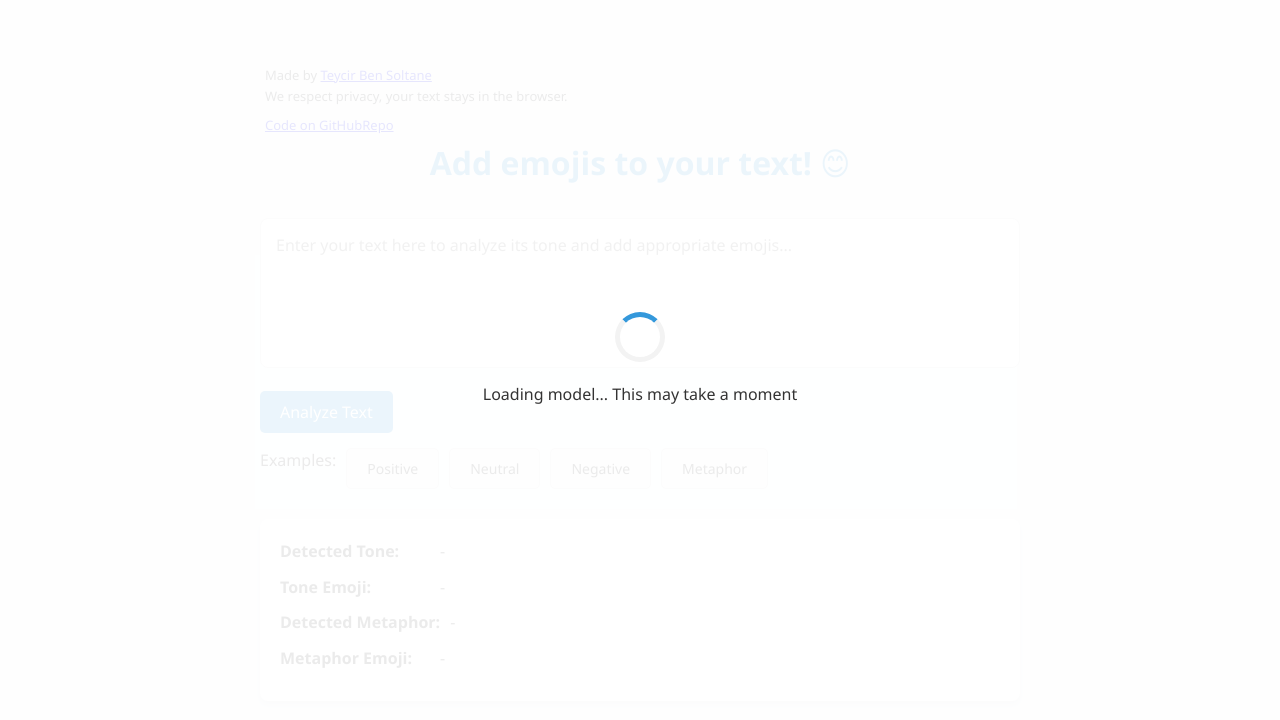
Repository: Teycir/emojiadder
Page: index.html
These files come from the project's save history. The page is drawn as it stood at one moment and after the next save; the edit follows.
The browser window is 1280 px wide. The pictures show the window.
A layer covers the whole window, so only the first screen is drawn.

Above is the page before, as saved 2025-03-23 12:14:28.

### index.html
<!DOCTYPE html>
<html lang="en">

<head>
    <meta charset="UTF-8">
    <meta name="viewport" content="width=device-width, initial-scale=1.0">
    <title>Text Tone Detector</title>
    <link rel="stylesheet" href="styles.css">
</head>

<body>
    <div class="container">
        <div style="top: 10px; left: 10px; font-size: small; margin: 5px;">
            Made by <a href="https://www.teycirbensoltane.tn">Teycir Ben Soltane</a><br>
            We respect privacy, your text stays in the browser.
        </div>
        <a href="https://github.com/Teycir/emojiadder" style="top: 10px; right: 10px; font-size: small; margin: 5px;">
            Code on GitHubRepo
        </a>
        <h1>Add emojis to your text! 😊</h1>


        <div class="input-section">
            <textarea id="text-input"
                placeholder="Enter your text here to analyze its tone and add appropriate emojis..."></textarea>
            <button id="analyze-btn">Analyze Text</button>
            <div class="examples">
                <p>Examples:</p>
                <button class="example-btn"
                    data-text="I'm so happy with the results! This is amazing.">Positive</button>
                <button class="example-btn" data-text="This is just okay, nothing special.">Neutral</button>
                <button class="example-btn" data-text="I'm really disappointed with this service.">Negative</button>
                <button class="example-btn"
                    data-text="The journey to success is like climbing a mountain.">Metaphor</button>
            </div>
        </div>

        <div class="result-section">
            <div class="result-card">
                <div class="result-item">
                    <div class="label">Detected Tone:</div>
                    <div id="tone-result" class="value">-</div>
                </div>
                <div class="result-item">
                    <div class="label">Tone Emoji:</div>
                    <div id="tone-emoji" class="value">-</div>
                </div>
                <div class="result-item">
                    <div class="label">Detected Metaphor:</div>
                    <div id="metaphor-result" class="value">-</div>
                </div>
                <div class="result-item">
                    <div class="label">Metaphor Emoji:</div>
                    <div id="metaphor-emoji" class="value">-</div>
                </div>
            </div>
            <div class="enhanced-text-card">
                <h2>Enhanced Text</h2>
                <div id="enhanced-text-result">-</div>
            </div>
        </div>

        <div class="loader-container" id="loader">
            <div class="loader"></div>
            <p>Loading model... This may take a moment</p>
        </div>
    </div>

    <!-- Note the type="module" to use ES modules (modules are deferred by default) -->
    <script type="module" src="./script.js"></script>
</body>

</html>

### styles.css
* {
    margin: 0;
    padding: 0;
    box-sizing: border-box;
    font-family: 'Segoe UI', Tahoma, Geneva, Verdana, sans-serif;
}

body {
    background-color: #f5f7fa;
    color: #333;
    line-height: 1.6;
}

.container {
    max-width: 800px;
    margin: 40px auto;
    padding: 20px;
}

h1 {
    text-align: center;
    margin-bottom: 30px;
    color: #3498db;
}

h2 {
    color: #2980b9;
    margin-bottom: 15px;
}

.input-section {
    margin-bottom: 30px;
}

textarea {
    width: 100%;
    height: 150px;
    padding: 15px;
    border: 1px solid #ddd;
    border-radius: 8px;
    resize: none;
    font-size: 16px;
    margin-bottom: 15px;
    transition: border 0.3s;
}

textarea:focus {
    outline: none;
    border-color: #3498db;
}

button {
    background-color: #3498db;
    color: white;
    border: none;
    padding: 10px 20px;
    border-radius: 5px;
    cursor: pointer;
    font-size: 16px;
    transition: background-color 0.3s;
}

button:hover {
    background-color: #2980b9;
}

button:disabled {
    background-color: #95a5a6;
    cursor: not-allowed;
}

.result-section {
    display: flex;
    flex-direction: column;
    gap: 20px;
    margin-bottom: 30px;
}

.result-card, .enhanced-text-card {
    background-color: white;
    border-radius: 8px;
    padding: 20px;
    box-shadow: 0 4px 6px rgba(0, 0, 0, 0.1);
}

.result-item {
    margin-bottom: 10px;
    display: flex;
    align-items: center;
}

.label {
    font-weight: bold;
    margin-right: 10px;
    min-width: 150px;
}

#enhanced-text-result {
    padding: 15px;
    background-color: #f9f9f9;
    border-radius: 5px;
    font-size: 18px;
    min-height: 60px;
    line-height: 1.5;
}

.examples-section {
    margin-top: 30px;
}

.examples {
    display: flex;
    flex-wrap: wrap;
    gap: 10px;
    margin-top: 15px;
}

.example-btn {
    background-color: #f0f0f0;
    color: #333;
    border: 1px solid #ddd;
    font-size: 14px;
}

.example-btn:hover {
    background-color: #e0e0e0;
}

/* Tone colors */
.positive {
    color: #27ae60;
}

.neutral {
    color: #f39c12;
}

.negative {
    color: #e74c3c;
}

/* Loader Styles */
.loader-container {
    position: fixed;
    top: 0;
    left: 0;
    width: 100%;
    height: 100%;
    background-color: rgba(255, 255, 255, 0.9);
    display: flex;
    flex-direction: column;
    justify-content: center;
    align-items: center;
    z-index: 1000;
}

.loader {
    border: 5px solid #f3f3f3;
    border-top: 5px solid #3498db;
    border-radius: 50%;
    width: 50px;
    height: 50px;
    animation: spin 1s linear infinite;
    margin-bottom: 20px;
}

@keyframes spin {
    0% { transform: rotate(0deg); }
    100% { transform: rotate(360deg); }
}

/* Responsive design */
@media (max-width: 600px) {
    .container {
        padding: 15px;
        margin: 20px auto;
    }

    .result-item {
        flex-direction: column;
        align-items: flex-start;
    }

    .label {
        margin-bottom: 5px;
    }

    .examples {
        flex-direction: column;
    }
}

### script.js
import TextToneDetector from './TextToneDetector.js';

// DOM event listeners
document.addEventListener('DOMContentLoaded', () => {
  console.log('DOM content loaded, initializing application');

  // DOM elements
  const textInput = document.getElementById('text-input');
  const analyzeBtn = document.getElementById('analyze-btn');
  const toneResult = document.getElementById('tone-result');
  const toneEmoji = document.getElementById('tone-emoji');
  const metaphorResult = document.getElementById('metaphor-result');
  const metaphorEmoji = document.getElementById('metaphor-emoji');
  const enhancedTextResult = document.getElementById('enhanced-text-result');
  const exampleBtns = document.querySelectorAll('.example-btn');
  const loader = document.getElementById('loader');

  // Disable analyze button until model loads
  analyzeBtn.disabled = true;

  // Make sure the loader is visible
  loader.style.display = 'flex';

  // Create detector instance
  console.log('Creating TextToneDetector instance');
  const toneDetector = new TextToneDetector();

  // Add event listener to limit textarea to 400 lines and alert if exceeded
  textInput.addEventListener('input', function() {
    const lines = this.value.split('\n');
    if (lines.length > 400) {
      alert("400 max lines allowed!");
      this.value = lines.slice(0, 400).join('\n');
    }
  });

  // Analyze text function
  async function analyzeText() {
    const text = textInput.value.trim();

    if (!text) {
      alert('Please enter some text to analyze.');
      return;
    }

    // Show loading indicator
    analyzeBtn.disabled = true;
    analyzeBtn.textContent = 'Analyzing...';

    try {
      const result = await toneDetector.analyze(text);

      // Display results
      toneResult.textContent = result.tone.charAt(0).toUpperCase() + result.tone.slice(1);
      toneResult.className = result.tone;

      toneEmoji.textContent = result.toneEmoji || 'None';

      metaphorResult.textContent = result.metaphor
        ? result.metaphor.charAt(0).toUpperCase() + result.metaphor.slice(1)
        : 'None detected';

      metaphorEmoji.textContent = result.metaphorEmoji || 'None';

      enhancedTextResult.textContent = result.enhancedText;
    } catch (error) {
      console.error('Error in analysis:', error);
      enhancedTextResult.textContent = 'An error occurred during analysis. Please try again.';
    } finally {
      // Reset button
      analyzeBtn.disabled = false;
      analyzeBtn.textContent = 'Analyze Text';
    }
  }

  // Event listeners
  analyzeBtn.addEventListener('click', analyzeText);

  textInput.addEventListener('keydown', function(e) {
    if (e.key === 'Enter' && e.ctrlKey) {
      analyzeText();
    }
  });

  // Example buttons
  exampleBtns.forEach(btn => {
    btn.addEventListener('click', function() {
      const exampleText = this.getAttribute('data-text');
      textInput.value = exampleText;
      analyzeText();
    });
  });

  // Initial instructions
  enhancedTextResult.textContent = 'Enter text and click "Analyze Text" to see the enhanced result with emojis.';
});

### TextToneDetector.js
import SentimentModel from './models/SentimentModel.js';
import MetaphorUtils from './utils/MetaphorUtils.js';
import EmojiUtils from './utils/EmojiUtils.js';

/**
 * Main class for text tone detection
 */
class TextToneDetector {
  constructor() {
    console.log('TextToneDetector constructor called');

    // Initialize components
    this.sentimentModel = new SentimentModel();
    this.metaphorUtils = new MetaphorUtils();
    this.emojiUtils = new EmojiUtils();

    // Model loading status
    this.isModelLoaded = false;

    // Initialize model
    this.initializeModel();
  }

  async initializeModel() {
    try {
      console.log('TextToneDetector: Initializing sentiment model');
      await this.sentimentModel.initialize();
      this.isModelLoaded = true;

      console.log('TextToneDetector: Model loaded successfully');

      // Hide loader when model is loaded
      const loader = document.getElementById('loader');
      if (loader) {
        loader.style.display = 'none';
        console.log('Loader hidden');
      } else {
        console.warn('Loader element not found');
      }

      // Enable analyze button
      const analyzeBtn = document.getElementById('analyze-btn');
      if (analyzeBtn) {
        analyzeBtn.disabled = false;
        console.log('Analyze button enabled');
      } else {
        console.warn('Analyze button not found');
      }
    } catch (error) {
      console.error('Error initializing model:', error);

      // Show error in the UI
      const loader = document.getElementById('loader');
      if (loader) {
        loader.innerHTML = `
          <div class="error">
            <p>Error loading model: ${error.message}</p>
            <p>Please refresh the page to try again.</p>
          </div>
        `;
      }
    }
  }

  // Analyze text and return tone with emojis
  async analyze(text) {
    if (!this.isModelLoaded) {
      return {
        originalText: text,
        tone: 'unknown',
        toneEmoji: '',
        metaphor: null,
        metaphorEmoji: '',
        enhancedText: text
      };
    }

    try {
      // Split text into paragraphs
      const paragraphs = text.split(/\n+/);
      let enhancedParagraphs = [];

      for (const paragraph of paragraphs) {
        if (!paragraph.trim()) {
          enhancedParagraphs.push('');
          continue;
        }

        // Split paragraph into sentences
        // This regex matches sentence endings: period, question mark, or exclamation mark followed by a space or end of string
        const sentences = paragraph.match(/[^.!?]+[.!?]+(\s|$)/g) || [paragraph];
        let enhancedParagraph = '';

        for (const sentence of sentences) {
          // Get sentiment from model for each sentence
          const sentimentOutput = await this.sentimentModel.analyze(sentence);

          // Determine tone based on model output
          let tone;
          if (sentimentOutput.label === 'POSITIVE') {
            tone = 'positive';
          } else if (sentimentOutput.label === 'NEGATIVE') {
            tone = 'negative';
          } else {
            tone = 'neutral';
          }

          // Find metaphors in sentence
          const words = sentence.toLowerCase().split(/\s+/);
          const metaphor = this.metaphorUtils.findMetaphor(words);

          // Get emojis for tone and metaphor
          const toneEmoji = this.emojiUtils.getToneEmoji(tone);
          const metaphorEmoji = this.emojiUtils.getMetaphorEmoji(metaphor);

          // Add emoji after the sentence's ending punctuation but before any trailing space
          const emojiString = `${toneEmoji} ${metaphorEmoji}`.trim();
          // This regex captures the end punctuation and any trailing space
          const enhancedSentence = sentence.replace(/([.!?]+)(\s|$)/, `$1 ${emojiString}$2`);
          enhancedParagraph += enhancedSentence;
        }

        enhancedParagraphs.push(enhancedParagraph);
      }

      const enhancedText = enhancedParagraphs.join('\n');

      // For the overall tone and metaphor, analyze the complete text
      const overallSentimentOutput = await this.sentimentModel.analyze(text);
      let overallTone;
      if (overallSentimentOutput.label === 'POSITIVE') {
        overallTone = 'positive';
      } else if (overallSentimentOutput.label === 'NEGATIVE') {
        overallTone = 'negative';
      } else {
        overallTone = 'neutral';
      }

      const words = text.toLowerCase().split(/\s+/);
      const overallMetaphor = this.metaphorUtils.findMetaphor(words);

      const toneEmoji = this.emojiUtils.getToneEmoji(overallTone);
      const metaphorEmoji = this.emojiUtils.getMetaphorEmoji(overallMetaphor);

      return {
        originalText: text,
        tone: overallTone,
        toneEmoji: toneEmoji,
        metaphor: overallMetaphor,
        metaphorEmoji: metaphorEmoji,
        enhancedText: enhancedText
      };
    } catch (error) {
      console.error('Error analyzing text:', error);
      return {
        originalText: text,
        tone: 'error',
        toneEmoji: '❓',
        metaphor: null,
        metaphorEmoji: '',
        enhancedText: text + ' ❓'
      };
    }
  }
}

export default TextToneDetector;

### models/SentimentModel.js
// Import the pipeline directly from the Transformers library
import { pipeline } from 'https://cdn.jsdelivr.net/npm/@xenova/transformers@2.14.0/dist/transformers.min.js';

/**
 * Handles sentiment analysis using Transformers.js
 * Implements caching to avoid reloading the model
 */
class SentimentModel {
  // Static properties for caching
  static instance = null;
  static pipelineInstance = null;
  static isInitializing = false;
  static initPromise = null;

  constructor() {
    this.isLoaded = SentimentModel.pipelineInstance !== null;
    this.pipeline = SentimentModel.pipelineInstance;

    console.log('SentimentModel constructor called, cached:', this.isLoaded);

    // Return existing instance if available
    if (SentimentModel.instance) {
      console.log('Returning cached SentimentModel instance');
      return SentimentModel.instance;
    }

    // Store this instance as the singleton
    SentimentModel.instance = this;
  }

  /**
   * Initialize the sentiment analysis model
   * @returns {Promise} Resolves when model is loaded
   */
  async initialize() {
    // If model is already loaded, return immediately
    if (this.isLoaded) {
      console.log('Model already loaded, using cached instance');
      return Promise.resolve(true);
    }

    // If initialization is in progress, return the existing promise
    if (SentimentModel.isInitializing) {
      console.log('Model initialization already in progress, waiting...');
      return SentimentModel.initPromise;
    }

    // Create a new initialization promise
    SentimentModel.isInitializing = true;
    SentimentModel.initPromise = new Promise(async (resolve, reject) => {
      try {
        console.log('Starting to initialize sentiment model');

        try {
          console.log('Initializing sentiment model');

          // Initialize the sentiment analysis pipeline
          console.log('Loading sentiment analysis model...');
          SentimentModel.pipelineInstance = await pipeline('sentiment-analysis', 'Xenova/distilbert-base-uncased-finetuned-sst-2-english');
          console.log('Sentiment analysis model loaded successfully');

          // Update instance properties
          this.pipeline = SentimentModel.pipelineInstance;
          this.isLoaded = true;

          resolve(true);
        } catch (innerError) {
          console.error('Error in Transformers initialization:', innerError);
          SentimentModel.isInitializing = false;
          reject(innerError);
        }
      } catch (error) {
        console.error('Error initializing model:', error);
        SentimentModel.isInitializing = false;
        reject(error);
      }
    });

    return SentimentModel.initPromise;
  }

  /**
   * Analyze text sentiment
   * @param {string} text - Text to analyze
   * @returns {Object} Sentiment result
   */
  async analyze(text) {
    if (!this.isLoaded) {
      throw new Error('Model not loaded yet');
    }

    try {
      const result = await this.pipeline(text);
      return result[0];
    } catch (error) {
      console.error('Error in sentiment analysis:', error);
      throw error;
    }
  }
}

export default SentimentModel;

### utils/EmojiUtils.js
/**
 * Provides emoji-related functionality
 */
class EmojiUtils {
    constructor() {
      // Metaphor emoji mappings
      this.metaphorEmojis = {
        speed: ['🚀', '⚡', '💨', '🏃‍♂️'],
        strength: ['💪', '🦾', '🦁', '🐂'],
        growth: ['🌱', '🌳', '📈', '⬆️'],
        time: ['⏰', '⌛', '🕒', '📅'],
        money: ['💰', '💵', '💸', '💲'],
        success: ['🏆', '🥇', '🎖️', '🔝'],
        failure: ['👎', '📉', '❌', '💥'],
        idea: ['💡', '✨', '🧠', '🤔'],
        communication: ['💬', '📣', '📱', '✉️'],
        love: ['❤️', '💕', '💘', '🌹'],
        journey: ['🛣️', '🧭', '🧳', '🚶‍♂️'],
        competition: ['🏁', '🥊', '⚔️', '🎯'],
        health: ['🏥', '💊', '🩺', '🫀'],
        technology: ['📱', '💻', '🤖', '⚙️'],
        education: ['📚', '🎓', '✏️', '🧮'],
        nature: ['🌿', '🌳', '🌊', '🏔️'],
        celebration: ['🎉', '🎊', '🥂', '🎈']
      };

      // Tone emoji mappings
      this.toneEmojis = {
        positive: ['😊', '😄', '🥰', '✨', '👍', '🙌'],
        neutral: ['😐', '🤔', '🧐', '📝', '🔍', '💭'],
        negative: ['😔', '😢', '😞', '😠', '👎', '💔']
      };
    }

    /**
     * Get random emoji from a list
     * @param {Array} emojiList - List of emojis to choose from
     * @returns {string} - Random emoji
     */
    getRandomEmoji(emojiList) {
      if (!emojiList || emojiList.length === 0) {
        return '';
      }
      const randomIndex = Math.floor(Math.random() * emojiList.length);
      return emojiList[randomIndex];
    }

    /**
     * Get emoji for a tone
     * @param {string} tone - Tone to get emoji for
     * @returns {string} - Emoji
     */
    getToneEmoji(tone) {
      return this.getRandomEmoji(this.toneEmojis[tone] || []);
    }

    /**
     * Get emoji for a metaphor
     * @param {string} metaphor - Metaphor to get emoji for
     * @returns {string} - Emoji
     */
    getMetaphorEmoji(metaphor) {
      return metaphor ? this.getRandomEmoji(this.metaphorEmojis[metaphor] || []) : '';
    }
  }

  export default EmojiUtils;

Loaded but not shown: utils/MetaphorUtils.js (330 lines, source omitted)

After the next save:
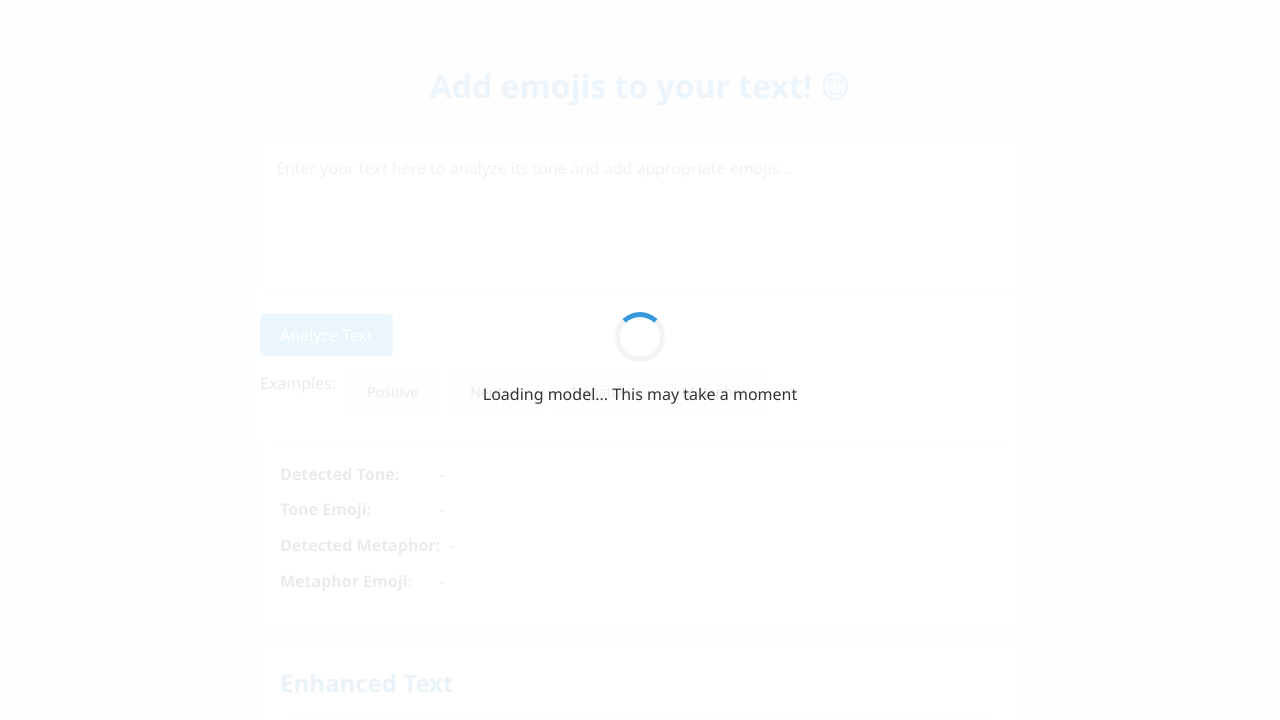
Saved 81 s later.
--- a/index.html
+++ b/index.html
@@ -10,13 +10,7 @@
 
 <body>
     <div class="container">
-        <div style="top: 10px; left: 10px; font-size: small; margin: 5px;">
-            Made by <a href="https://www.teycirbensoltane.tn">Teycir Ben Soltane</a><br>
-            We respect privacy, your text stays in the browser.
-        </div>
-        <a href="https://github.com/Teycir/emojiadder" style="top: 10px; right: 10px; font-size: small; margin: 5px;">
-            Code on GitHubRepo
-        </a>
+
         <h1>Add emojis to your text! 😊</h1>
 
 
@@ -68,6 +62,13 @@
 
     <!-- Note the type="module" to use ES modules (modules are deferred by default) -->
     <script type="module" src="./script.js"></script>
+    <div style="top: 10px; left: 10px; font-size: small; margin: 5px;">
+        Made by <a href="https://www.teycirbensoltane.tn">Teycir Ben Soltane</a><br>
+        We respect privacy, your text stays in the browser.
+    </div>
+    <a href="https://github.com/Teycir/emojiadder" style="top: 5px; right: 5px; font-size: small; margin: 5px;">
+        Code on GitHubRepo
+    </a>
 </body>
 
 </html>
